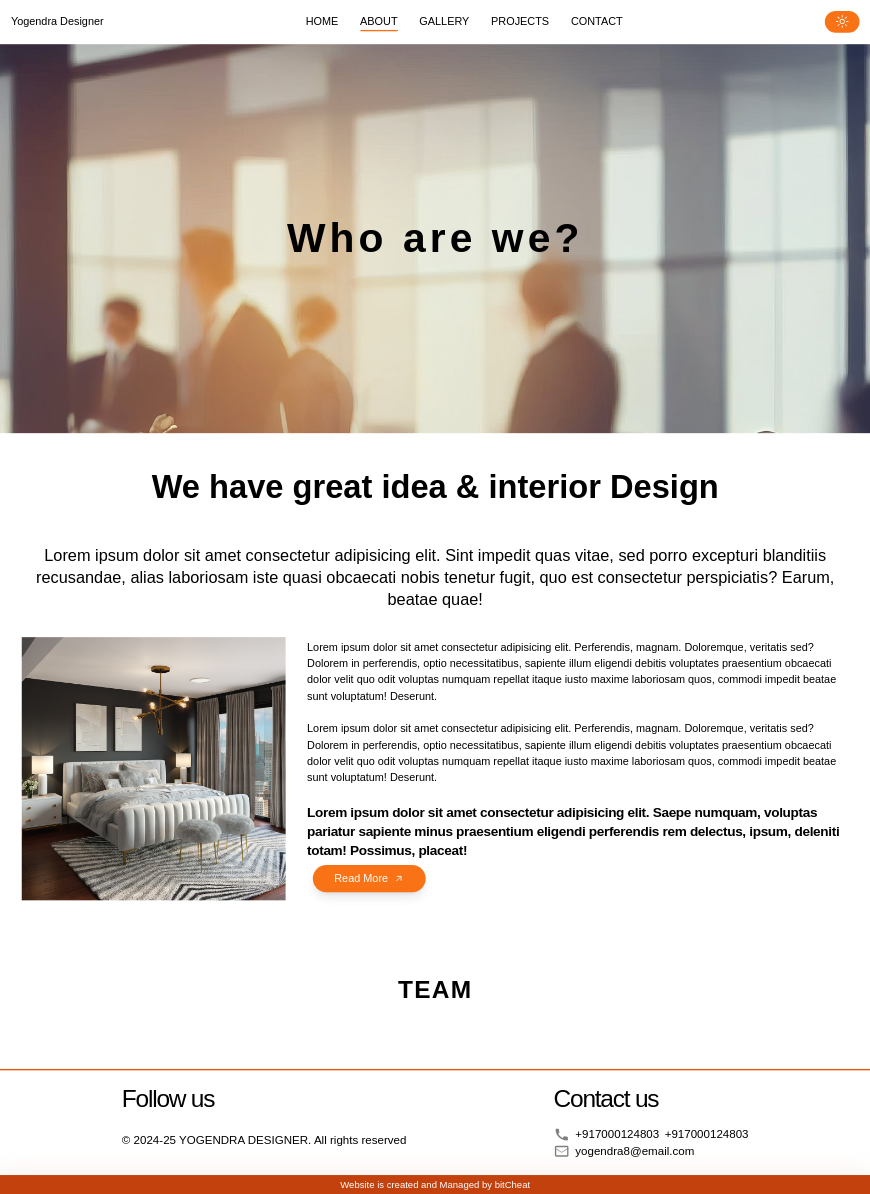
Repository: hitoutvrma/MB_designs-Interior-Designing-website
Page: /about
An editor plug-in stored every save of this project. The page is shown before and after a run of saves, followed by the edit.
The browser window is 1280 px wide. The pictures show the whole page, at 68% of full size.
The project was rebuilt for these pictures with package versions that can differ from the ones it lists, and the page was loaded fresh each time. The framework's server and built-in components were replaced by stand-ins that run in the browser. Also part of the build but not shown: next.config.mjs.

Above is the page before, as saved 2024-09-16 20:54:06.

After the next 2 saves:
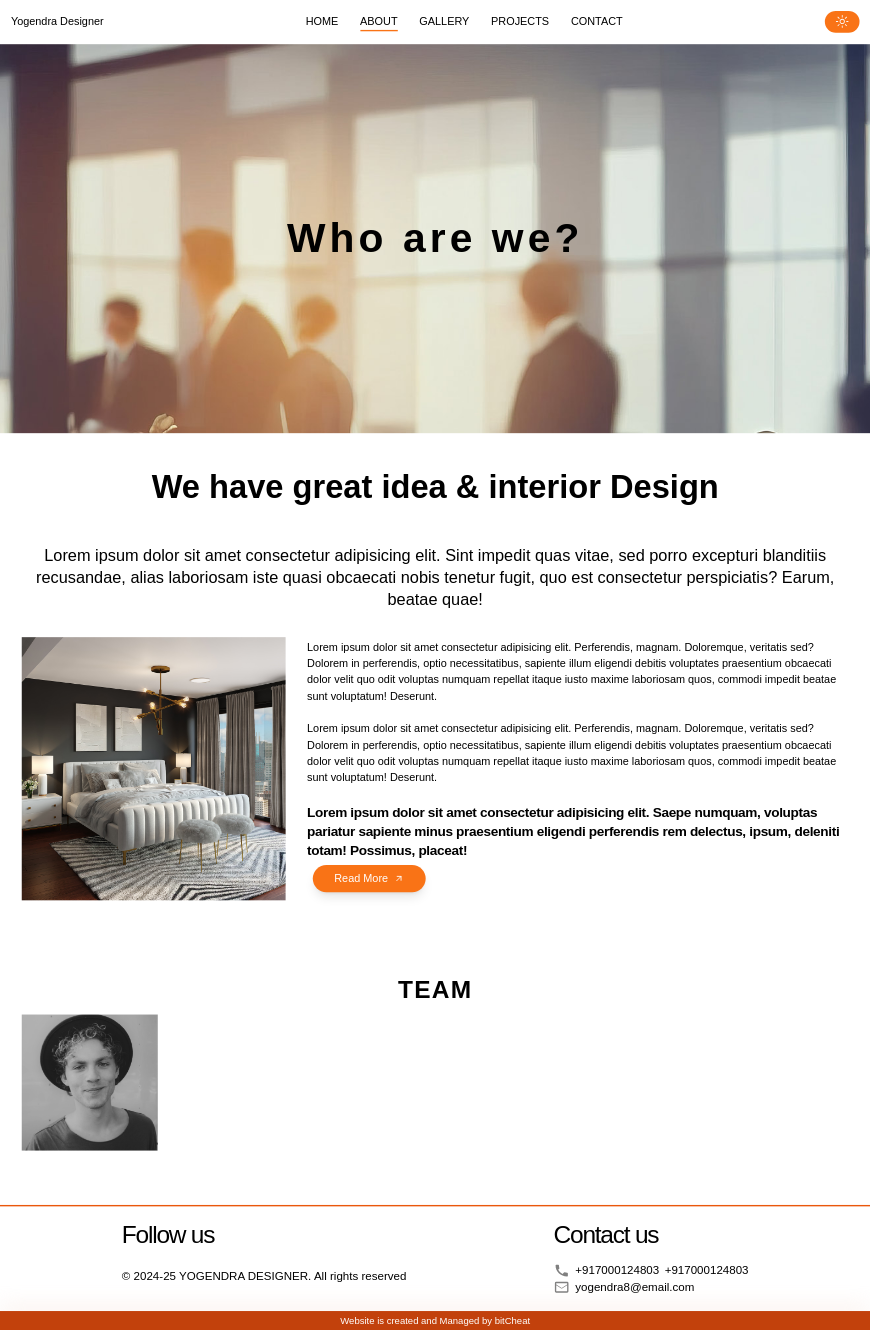
The 2 saves are shown as one change because 1 did not build or start.
The last was saved 2 min 14 s later.
--- a/app/about/page.jsx
+++ b/app/about/page.jsx
@@ -42,6 +42,13 @@ const page = () => {
         <div className='pt-8 pb-4'>
           <h1 className='text-4xl font-bold tracking-wider text-center uppercase'>Team</h1>
         </div>
+        <div>
+          <div>
+            <div>
+              <Image src="/image/profile2.jpg" width={200} height={200} alt=''/>
+            </div>
+          </div>
+        </div>
       </div>
       </div>
     </div>
